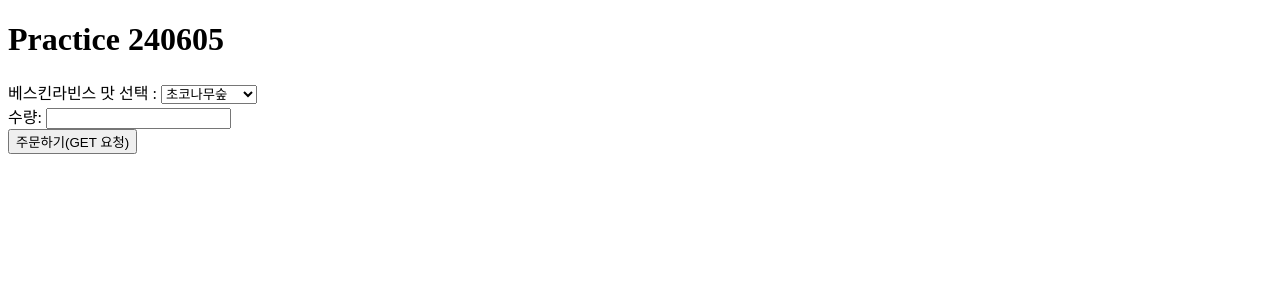
Repository: yeeeeeeer/05_servlet
Page: http://localhost/practice240605-handler/
An editor plug-in stored every save of this project. The page is shown before and after the next save, followed by the edit.
The browser window is 1280 px wide. The pictures show the whole page.
The page is served by Tomcat 10.

Above is the page before, as saved 2024-06-05 07:56:18.

After the next save:
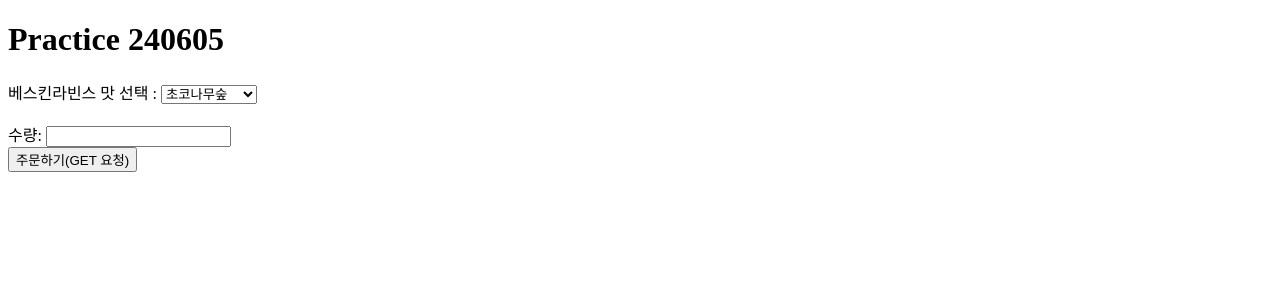
Saved 2 min 9 s later.
--- a/practice240605-handler/src/main/webapp/index.jsp
+++ b/practice240605-handler/src/main/webapp/index.jsp
@@ -12,11 +12,11 @@
 
 		<form action="practice240605" method="get">
 
-			<label>베스킨라빈스 맛 선택 :  </label> <select name="flavor">
+			<label>베스킨라빈스 맛 선택 :  </label> <select name="flavor"><br>
 				<option value="초코나무숲">초코나무숲</option>
 				<option value="민트초콜릿칩">민트초콜릿칩</option>
 				<option value="엄마는외계인">엄마는외계인</option>
-			</select><br>
+			</select><br><br>
 			<label>수량: </label>
 			<input type="text" name="count"><br>
 			<input type="submit" value="주문하기(GET 요청)">
